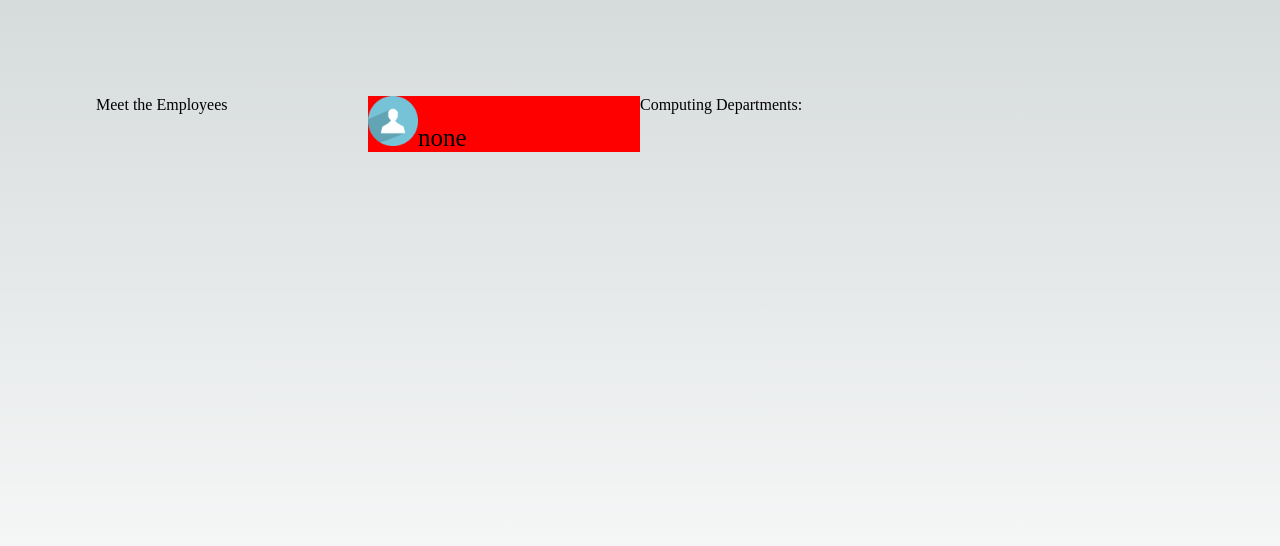
Repository: cheungglenda/MDIA2109-Week3
Page: /about
The author's editor kept a copy of each file at every save. The page is drawn from the files as they stood at one save, then again after the next save.
The browser window is 1280 px wide. The pictures show the whole page.
The project was rebuilt for these pictures with package versions that can differ from the ones it lists, and the page was loaded fresh each time. The framework's server and built-in components were replaced by stand-ins that run in the browser. Also part of the build but not shown: next.config.js.

Above is the page before, as saved 2023-01-18 21:46:42.

After the next save:
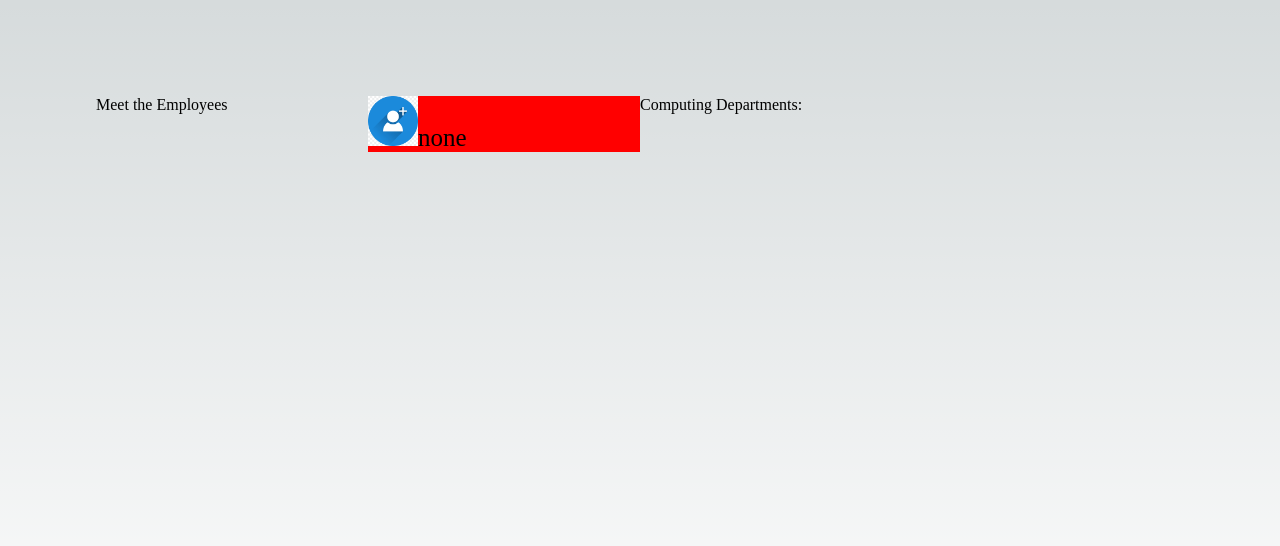
Saved 46 s later.
--- a/pages/about.js
+++ b/pages/about.js
@@ -3,7 +3,7 @@ import { Inter } from '@next/font/google'
 import styles from '@/styles/Home.module.css'
 import data from '../data/about.json'
 import { useState } from 'react'
-import Card from '../components/Card'
+import Card from '../components/Card/about.js'
 import Link from 'next/link'
 
 export default function About() {
